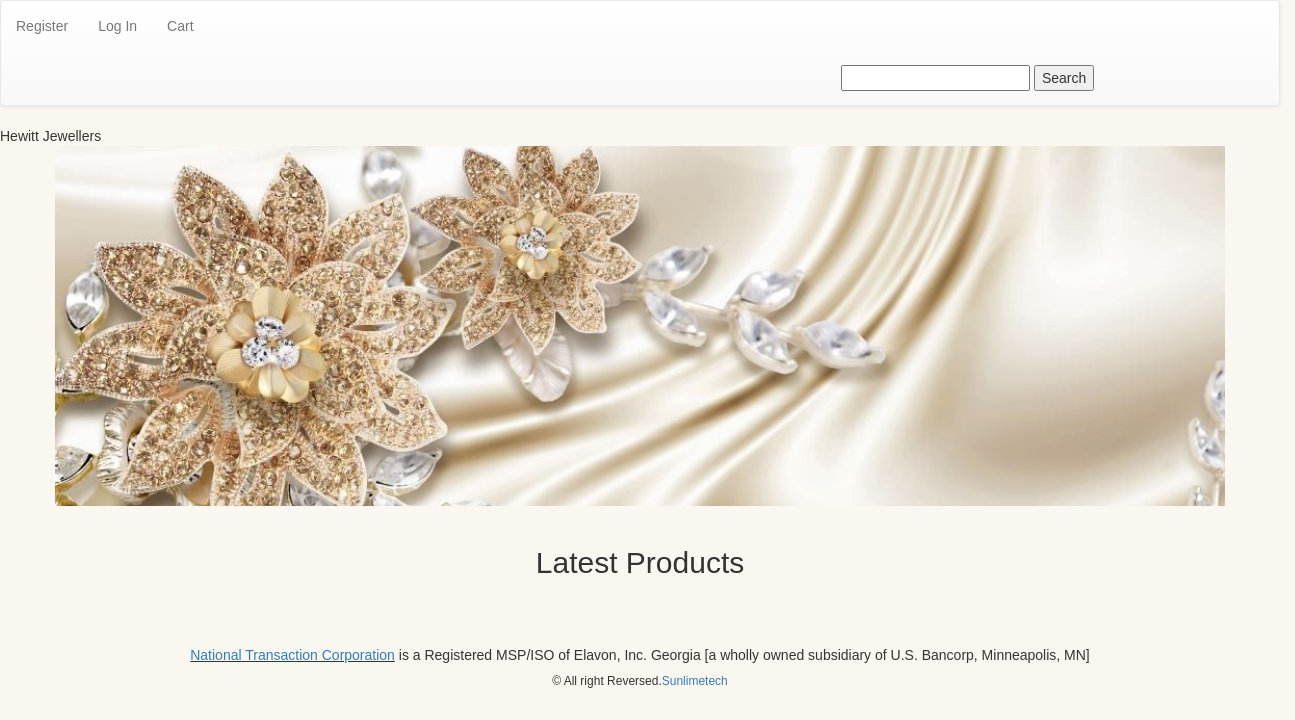
Repository: darhewitt/darragh-ecom
Page: templates/base.html
The author's editor kept a record of every edit. The page is drawn from the files as they stood at one moment, then again after the next edit.
The browser window is 1280 px wide. The page is 1295 px wide, so the pictures cover 1295 px, including what lies to the right of the window. The pictures show the whole page.
Some icons come from a web library that is not loaded, so they are not drawn. Some web libraries are served in a nearby version. The template is drawn by Django 2.2. The application's start-up code is not run. The template is opened directly, without the code that normally fills it, so the values that code supplies are empty.

Above is the page before.
Console error (its wording comes from the project's code and is left out).

After the next edit:
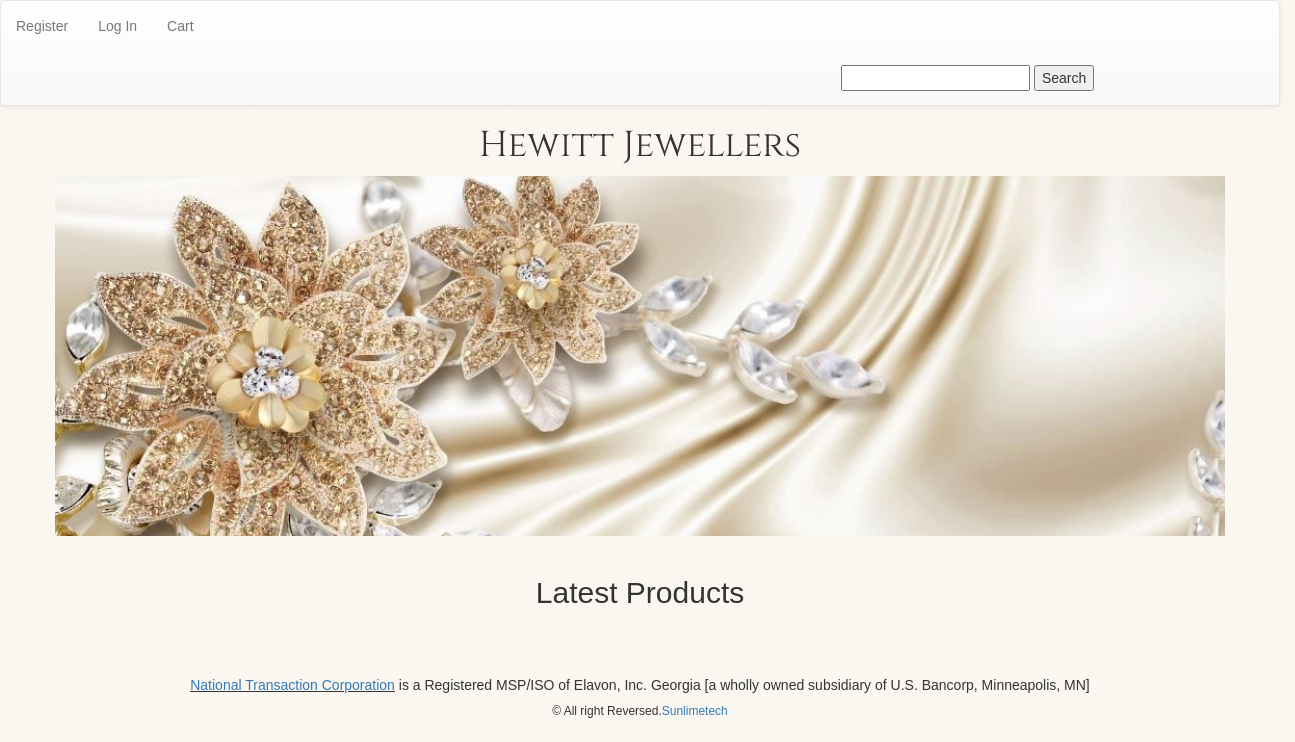
The edit:
--- a/templates/base.html
+++ b/templates/base.html
@@ -42,7 +42,7 @@
                     </li>
             </ul>
         </nav>
-        <divclass="container logo">Hewitt Jewellers</div>
+        <H1 class="container logo text-center">Hewitt Jewellers</H1>
         <div class="container background-image">
         <div class="row first-info" style="background-image: url({% static 'css/jewel-background.jpg' %})"></div>
         </div>
